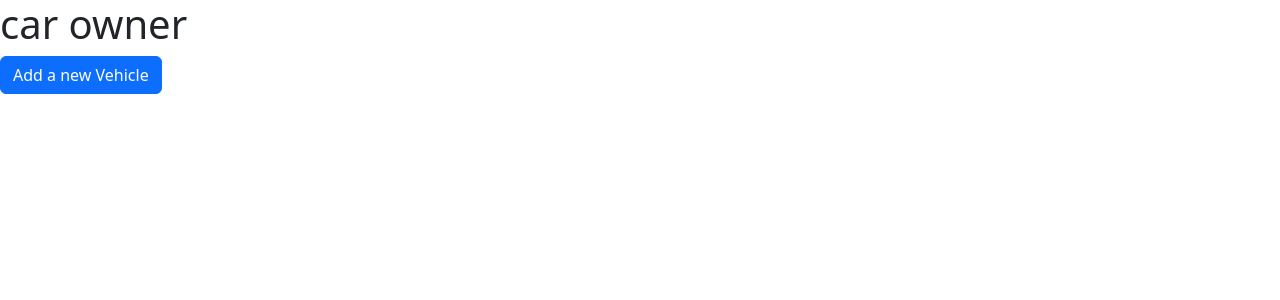
Repository: VimashaVishvani/VehicleRental
Page: http://localhost/Vehicle_rentalDb/carOwner.jsp
These files come from the project's save history. The page is drawn as it stood at one moment and after the next save; the edit follows.
The browser window is 1280 px wide. The pictures show the whole page.
The page is served by Tomcat 9.

Above is the page before, as saved 2024-05-06 20:22:07.

After the next save:
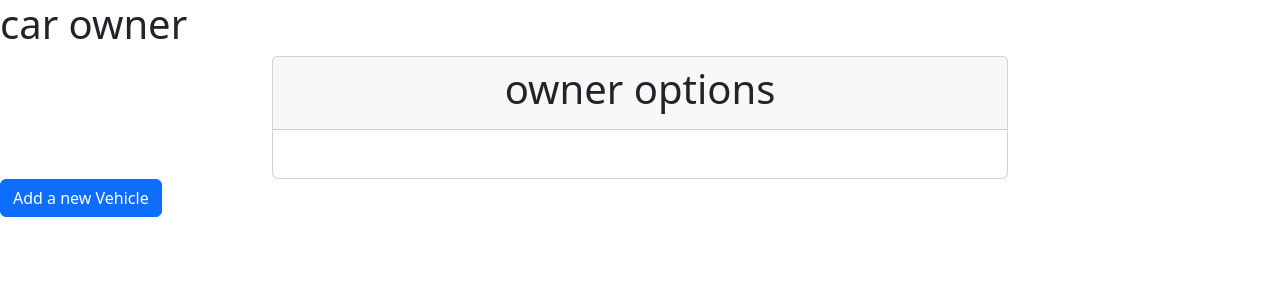
Saved 67 s later.
--- a/Vehicle_rentalDb/src/main/webapp/carOwner.jsp
+++ b/Vehicle_rentalDb/src/main/webapp/carOwner.jsp
@@ -16,6 +16,41 @@
 
 <h1>car owner</h1>
 
+<div class="container">
+    <div class="row">
+        <div class="col-md-8 offset-md-2">
+            <div class="card">
+                <div class="card-header">
+                    <h1 class="text-center">owner options</h1>
+                </div>
+                <div class="card-body">
+                    <table class="table">
+                        <c:forEach var="user" items="${userDetails}">
+                            <tr>
+                                <td>Customer ID</td>
+                                <td>${user.id}</td>
+                            </tr>
+                            <tr>
+                                <td>Customer Name</td>
+                                <td>${user.name}</td>
+                            </tr>
+                            <tr>
+                                <td>Customer Email</td>
+                                <td>${user.gmail}</td>
+                            </tr>
+                            <tr>
+                                <td>Customer Phone</td>
+                                <td>${user.phoneNumber}</td>
+                            </tr>
+                        </c:forEach>
+                    </table>
+
+                </div>
+            </div>
+        </div>
+    </div>
+</div>
+
 <a href="addVehicle.jsp" class="btn btn-primary">Add a new Vehicle</a>
 
 </body>
